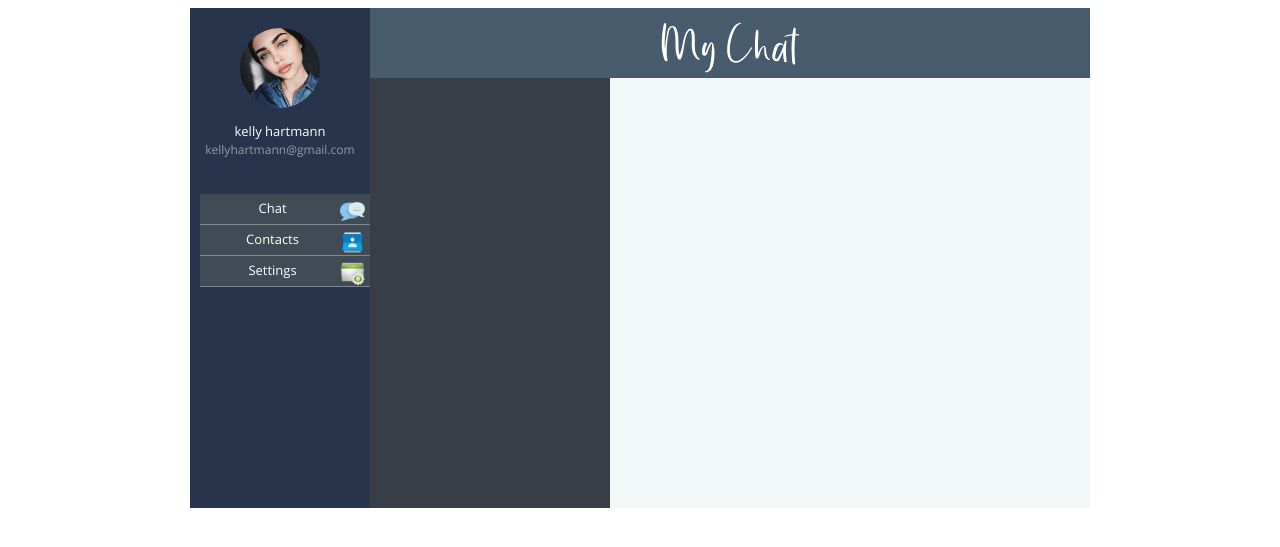
Repository: chathura226/SeekWork_Group_Project_I
Page: http://localhost/
The author's editor kept a copy of each file at every save. The page is drawn from the files as they stood at one save, then again after the next save.
The browser window is 1280 px wide. The pictures show the whole page.
The first `#radio_settings` is checked.
The page is run by PHP 8.4 with error messages shown; the project is at /var/www/html/.

Above is the page before, as saved 2023-12-03 14:55:58.

After the next save:
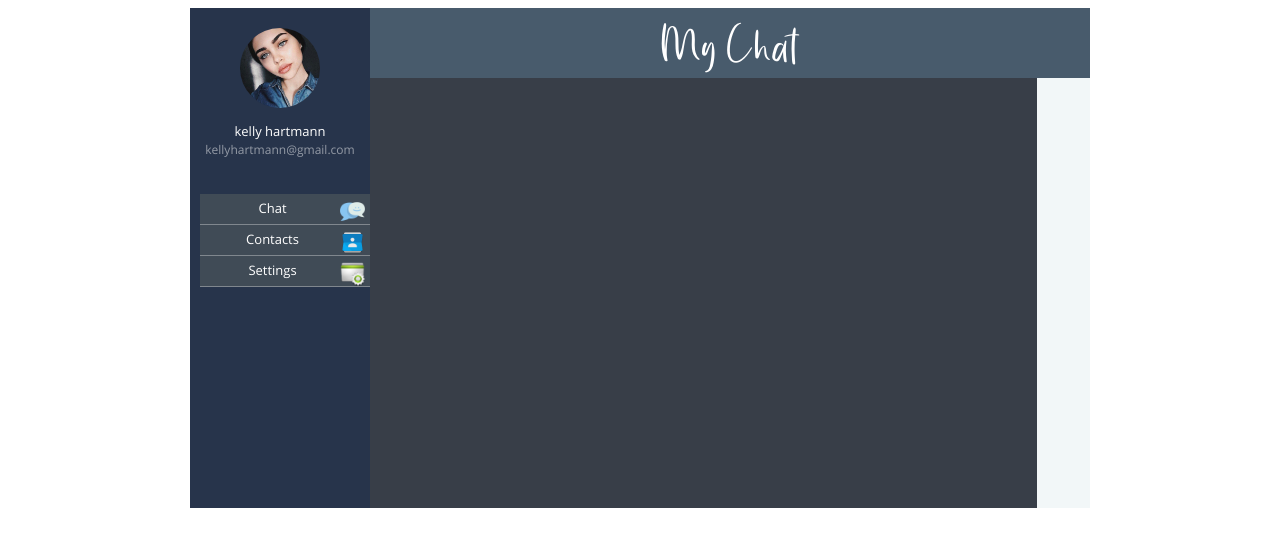
Saved 29 s later.
--- a/chat/index.php
+++ b/chat/index.php
@@ -118,6 +118,10 @@
             flex:0;
         }
 
+        #radio_settings:checked ~ #inner_right_pannel{
+            flex:0;
+        }
+
 
 
 
